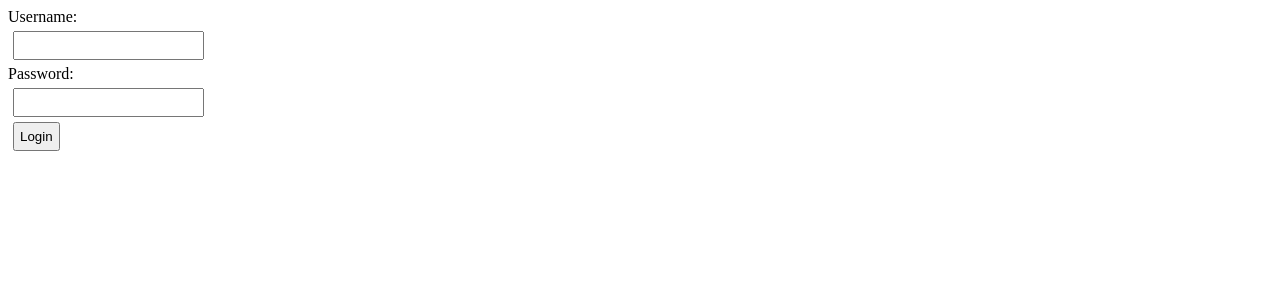
Repository: ajinzrathod/jsp-login
Page: http://localhost/login/
The author's editor kept a copy of each file at every save. The page is drawn from the files as they stood at one save, then again after the next save.
The browser window is 1280 px wide. The pictures show the whole page.
The page is served by Tomcat 10.

Above is the page before, as saved 2021-05-28 06:24:13.

After the next save:
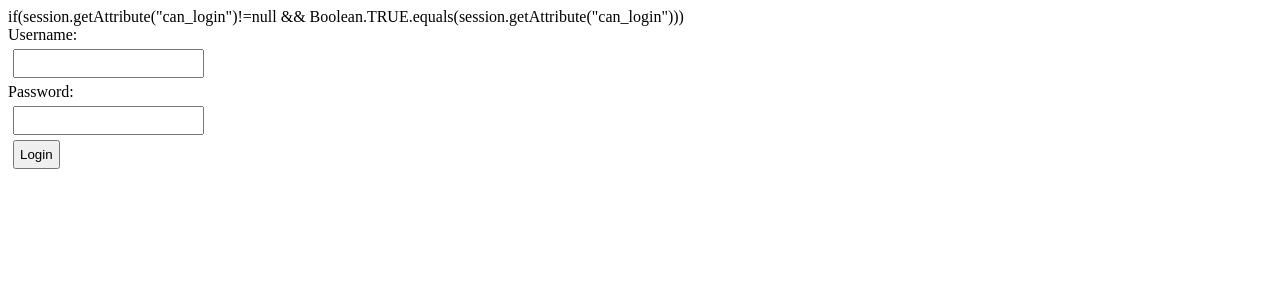
Saved 49 s later.
--- a/login/src/main/webapp/index.jsp
+++ b/login/src/main/webapp/index.jsp
@@ -20,6 +20,7 @@
 		<p>Signed in Successfully.</p>
 		<p> <a href="/logout">Logout</a></p>
 	<% } else { %>
+		if(session.getAttribute("can_login")!=null && Boolean.TRUE.equals(session.getAttribute("can_login")))
 		<div>
 			<form action="login" method="post">
 				Username: <input type="text" name="username" class="inp-field">

After the save that followed:
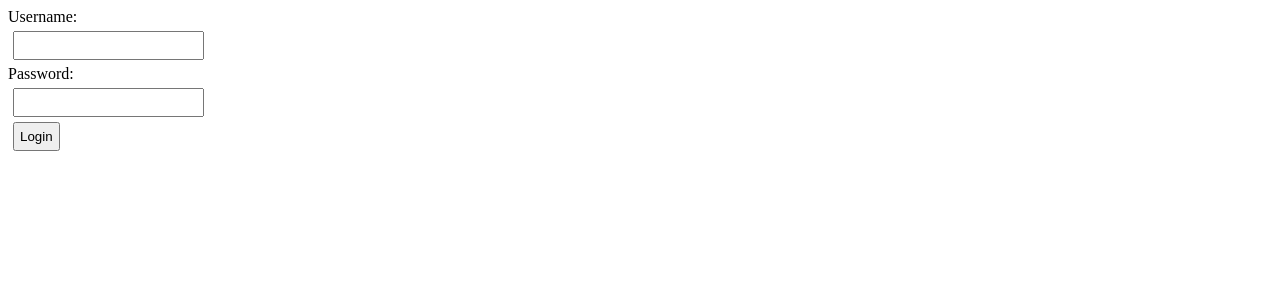
Saved 23 s later.
--- a/login/src/main/webapp/index.jsp
+++ b/login/src/main/webapp/index.jsp
@@ -20,7 +20,7 @@
 		<p>Signed in Successfully.</p>
 		<p> <a href="/logout">Logout</a></p>
 	<% } else { %>
-		if(session.getAttribute("can_login")!=null && Boolean.TRUE.equals(session.getAttribute("can_login")))
+		<%  if(session.getAttribute("can_login")!=null && Boolean.TRUE.equals(session.getAttribute("can_login"))) %>
 		<div>
 			<form action="login" method="post">
 				Username: <input type="text" name="username" class="inp-field">
